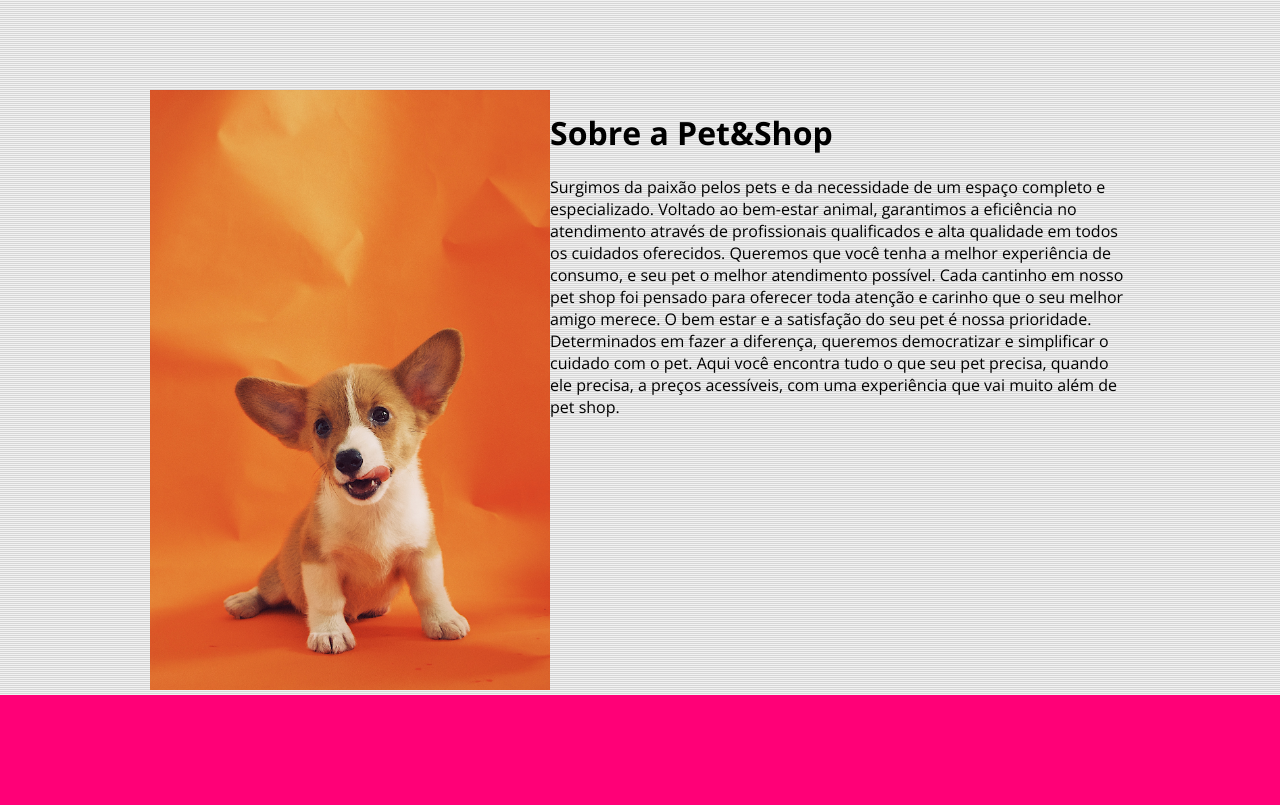
Repository: Carolden/ProhetoPetShop
Page: sobre.html
The author's editor kept a copy of each file at every save. The page is drawn from the files as they stood at one save, then again after the next save.
The browser window is 1280 px wide. The pictures show the part of the page from y = 260 to 1065 px (the page is 1730 px tall).
A picture or video elsewhere on the page could not be fetched, so the positions and the page height are approximate.

Above is the page before, as saved 2023-04-29 20:04:21.

### sobre.html
<!DOCTYPE html>
<html lang="pt-BR">
<head>
    <meta charset="UTF-8">
    <meta http-equiv="X-UA-Compatible" content="IE=edge">
    <meta name="viewport" content="width=device-width, initial-scale=1.0">
    <title>Pet&Shop</title>
    <link rel="stylesheet" href="sobre.css">
    <link rel="stylesheet" href="https://cdnjs.cloudflare.com/ajax/libs/font-awesome/6.4.0/css/all.min.css">
    <link rel="preconnect" href="https://fonts.googleapis.com">
    <link rel="preconnect" href="https://fonts.gstatic.com" crossorigin>
    <link href="https://fonts.googleapis.com/css2?family=Open+Sans:wght@300;400;500;600;700;800&display=swap" rel="stylesheet">


</head>

<body>

    <header>

        <div class="headerrow">
            <div class="headercolumn">
                <img src="Imagens/logo-colored.svg" alt="logo" class="logocolored">
            </div>

            <div>
                <nav class="menu">
                    <a href="index.html">Home</a>
                    <a href="sobre.html" class="active">Sobre</a>
                    <a href="produtos.html">Produtos</a>
                    <a href="servicos.html">Serviços</a>
                    <a href="faleconosco.html">Fale Conosco</a>
                </nav>
            </div>
        </div>


    </header>

    <div class="row">

        <div class="column">

            <img src="Imagens/about.jpg" alt="cachorro" class="img">

        </div>


        <div class="column">

            <h1>Sobre a Pet&Shop</h1>
            <p>
                Surgimos da paixão pelos pets e da necessidade de um espaço completo e especializado. Voltado ao bem-estar animal, garantimos a eficiência no atendimento através de profissionais qualificados e alta qualidade em todos os cuidados oferecidos. Queremos que você tenha a melhor experiência de consumo, e seu pet o melhor atendimento possível.
                Cada cantinho em nosso pet shop foi pensado para oferecer toda atenção e carinho que o seu melhor amigo merece. O bem estar e a satisfação do seu pet é nossa prioridade.
                Determinados em fazer a diferença, queremos democratizar e simplificar o cuidado com o pet. Aqui você encontra tudo o que seu pet precisa, quando ele precisa, a preços acessíveis, com uma experiência que vai muito além de pet shop.
            </p>

        </div>


    </div>


    <footer class="footer">


        <div>
            <img src="Imagens/logo-white.svg" alt="logo" class="logofooter">
        </div>

        <div class="footerrow">

        <div class="footercolumn">
            <h4 class="contato">Contato</h4>
            <p class="contato">
                Estrada sem nome, 1234, Sala 0<br>
                Bairro - Cidade / UF<br>
                12345-678<br>
                <b>(00) 99999-9999<br>
                contato@petshop.com.br<br></b>
            </p>
        </div>


        <div class="footercolumn">
            <h4 class="horario">Horário de funcionamento</h4>
            <p class="horario">
                De Segunda a Sexta-feira das 9 às 19hs.<br>
                Aos Sábados das 9 às 18hs.
            </p>
        </div>


        <div class="footercolumn">
            <h4 class="socialmedia">Siga-nos</h4>
            <i class="fa-brands fa-facebook-f"></i>
            <i class="fa-brands fa-instagram"></i>
            <i class="fa-brands fa-tiktok"></i>
            <i class="fa-brands fa-twitter"></i>
            <i class="fa-brands fa-youtube"></i>
        </div>

        </div>

        <div class="devdbycrie">
            <p>© 2022 pet&shop | Todos os direitos reservados. Desenvolvido por Crie_TI</p>
        </div>


    </footer>

</body>
</html>

### sobre.css
@import url('https://fonts.googleapis.com/css2?family=Open+Sans:wght@300&display=swap');

body {
    margin: 0;
    border: 0;
    font-family: 'Open Sans', sans-serif;
    overflow-x: hidden;
}

/* HEADER */

.logocolored {
    width: 300px;
}

.headerrow {
    display: flex;
    width: 100%;
    align-items: center;
    padding-top: 10px;
    padding-bottom: px;
    margin-bottom: 10px;
}

.menu a {
    text-decoration: none;
    padding: 12px;
    color: #382c32;
    font-weight: 600;
    font-size: 18px;
}

a.active {
    color: white;
    background-color: #FF0077;;
    padding-top: 100%;
    padding-bottom: 33px;
}

a.active:hover {
    color: white
}

a:hover {
    color: #FF0077;;
}

.headercolumn {
    width: 50%;
    padding-left: 150px;
}

.row {
    display: flex;
    padding-left: 150px;
    padding-right: 150px;
    padding-top: 100px;
    background-image: linear-gradient(to bottom, #ffffff, #c9c9c9);
    background-position: top;
    background-size: 20px 2px;

}

.column img {
    height: 600px;
    width: 400px;
}
























.footerrow {
    display: flex;
    padding-bottom: 60px;
}

.logofooter {
    width: 300px;
}

.footer {
    background-color: #FF0077;
    width: 100%;
    padding: 130px 230px 80px 230px;
    box-sizing: border-box;
    color: white;
}

.footer h4 {
    font-size: 18px;
}

.footercolumn {
    width: 33.33%;
    align-items: center;
    text-align: right;
    font-size: 16px;
}

.contato {
    text-align: left;
}

.horario {
    text-align: center;
}

.socialmedia {
    text-align: right;
}

.footercolumn i {
    padding: 10px;
    font-size: 30px;
}

.devdbycrie {
    border-top: 2px solid rgb(255, 0, 136);
    text-align: center;
    font-size: 18px;
    padding-top: 15px;
}

.footercolumn i:hover {
    transform: scale(1.5) rotate(10deg);
}

After the next save:
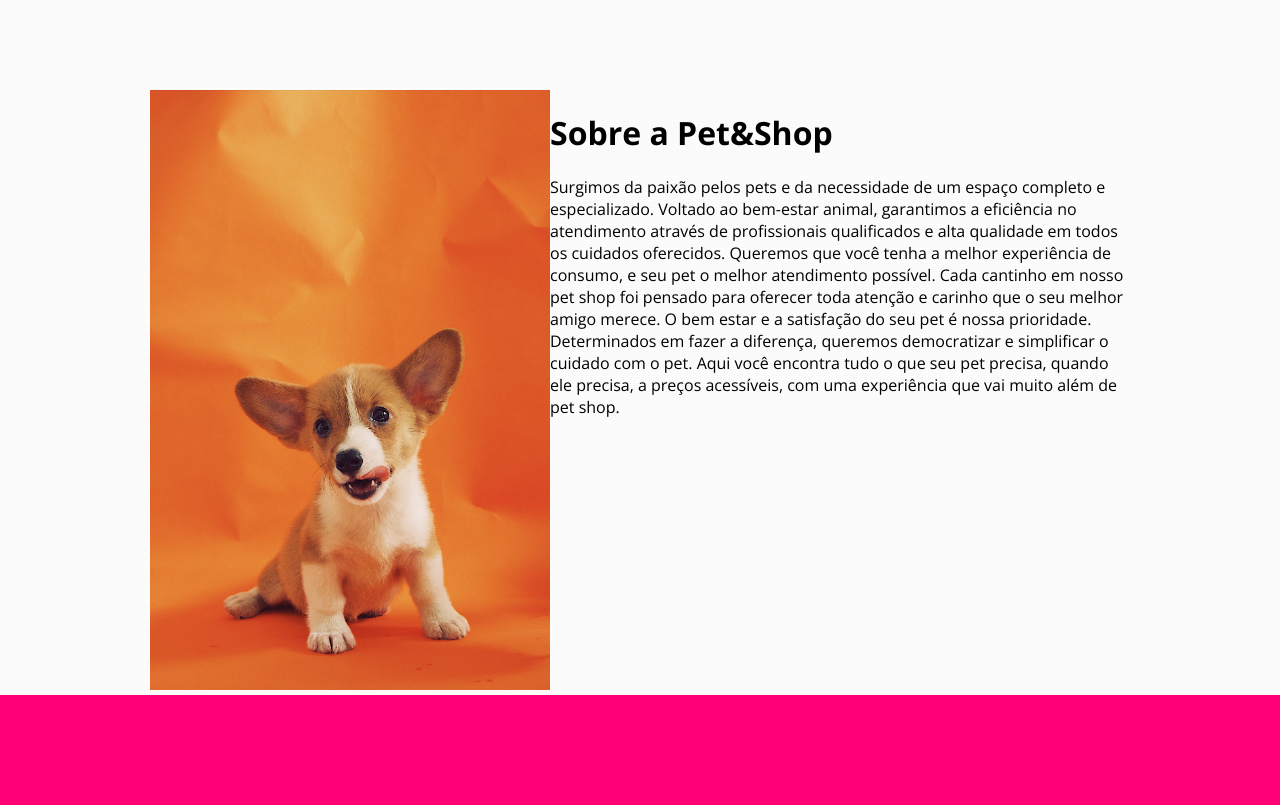
Saved 12 s later.
--- a/sobre.css
+++ b/sobre.css
@@ -55,7 +55,7 @@
     padding-left: 150px;
     padding-right: 150px;
     padding-top: 100px;
-    background-image: linear-gradient(to bottom, #ffffff, #c9c9c9);
+    background-image: linear-gradient(to bottom, #ffffff, #f7f7f7);
     background-position: top;
     background-size: 20px 2px;
 
